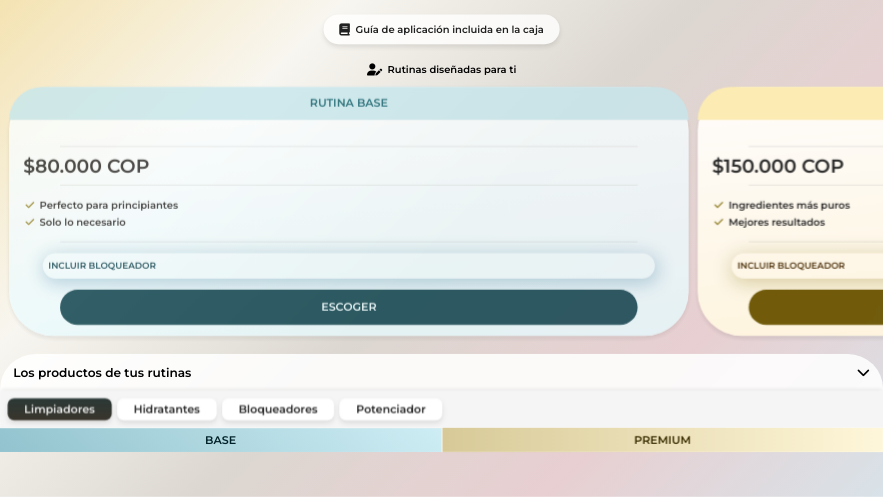
Repository: aCoupon0/DermaBox-2
Page: packs-picker.html
These files come from the project's save history. The page is drawn as it stood at one moment and after the next save; the edit follows.
The browser window is 1280 px wide. The pictures show the whole page, at 69% of full size.

Above is the page before, as saved 2025-04-04 22:13:48.
Console error: TypeError: Cannot read properties of null (reading 'valor')

After the next save:
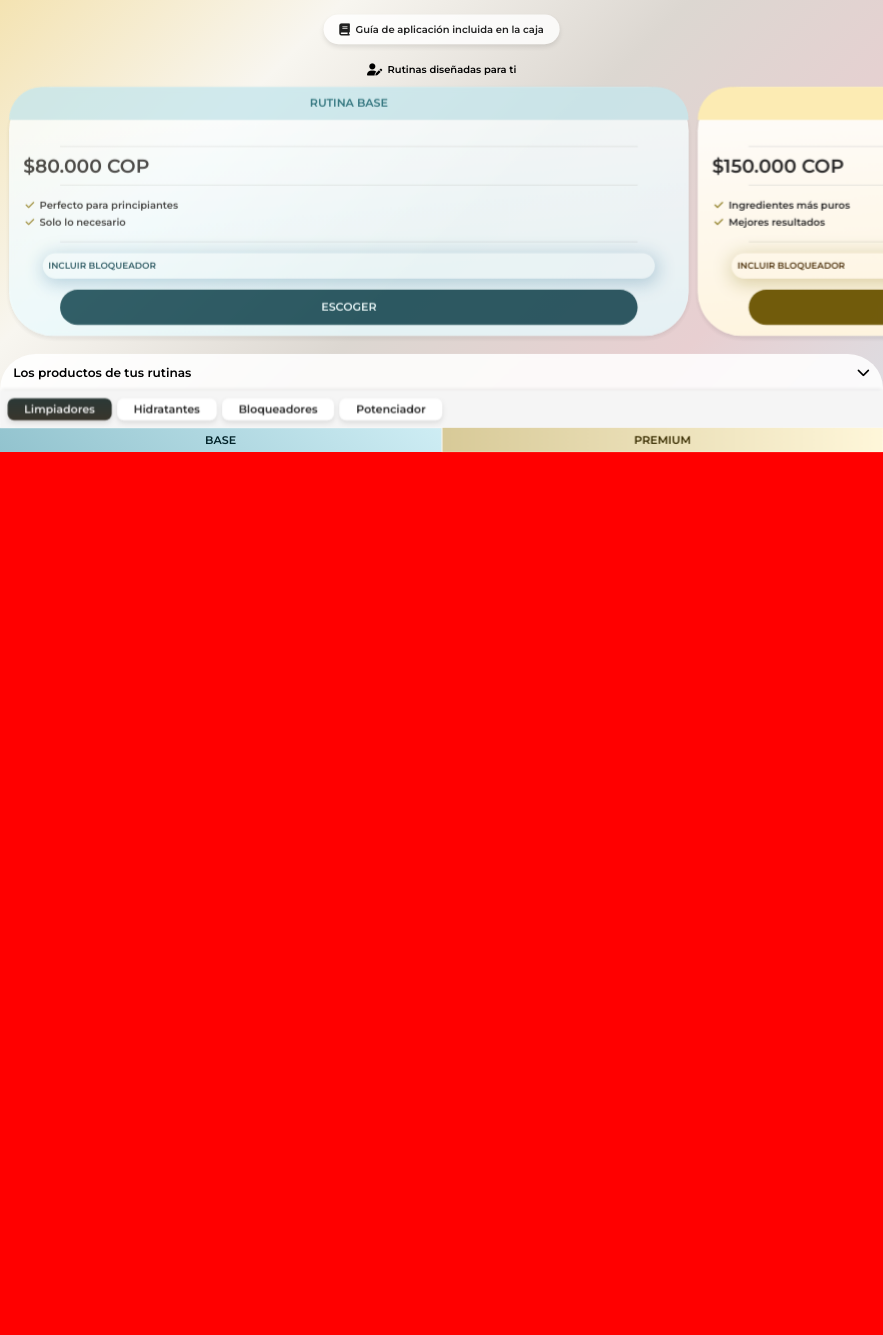
Saved 53 s later.
--- a/css/packs-picker.css
+++ b/css/packs-picker.css
@@ -682,6 +682,12 @@
     z-index: 11;
 }
 
+footer {
+    background-color: red;
+    width: 100vw;
+    height: 100vw;
+}
+
 .modal {
     width: 100%;
     height: 100%;
